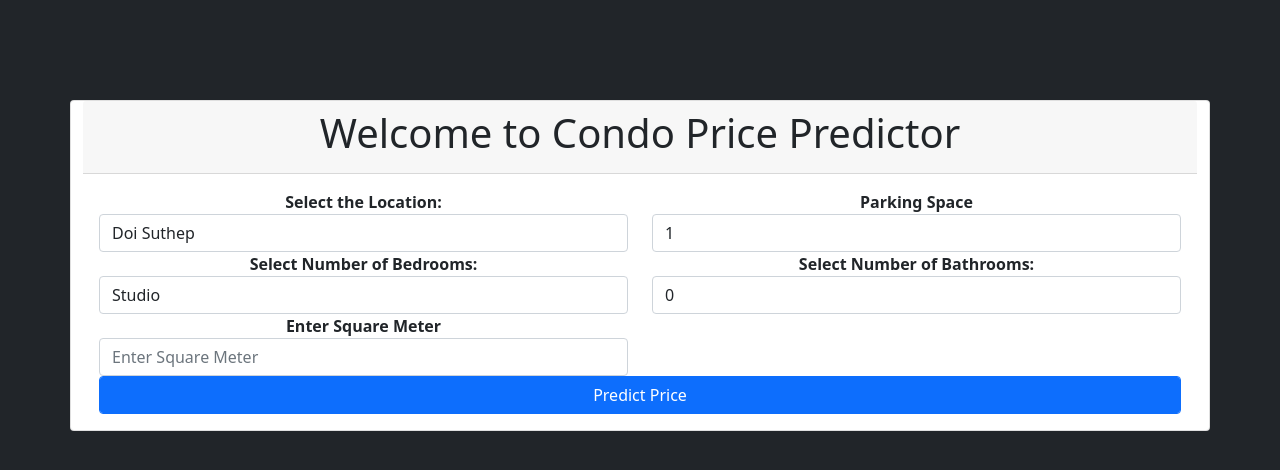
Repository: myothida/condoprice_CNX
Page: http://localhost/
These files come from the project's save history. The page is drawn as it stood at one moment and after the next save; the edit follows.
The browser window is 1280 px wide. The pictures show the whole page.
The page is served by the project's application, run on Flask 3 (main.py).

Above is the page before, as saved 2023-09-26 22:12:06.

### templates/index.html
<!DOCTYPE html>
<html lang="en">
  <head>
    <!-- Required meta tags -->
    <meta charset="utf-8" />
    <meta name="viewport" content="width=device-width, initial-scale=1" />

    <!-- Bootstrap CSS -->
    <link
      href="https://cdn.jsdelivr.net/npm/bootstrap@5.0.2/dist/css/bootstrap.min.css"
      rel="stylesheet"
      integrity="sha384-EVSTQN3/azprG1Anm3QDgpJLIm9Nao0Yz1ztcQTwFspd3yD65VohhpuuCOmLASjC"
      crossorigin="anonymous"
    />

    <title>Condo Price Predictor</title>
  </head>
  <body class="bg-dark">
    <div class="container">
      <div class="row">
        <div class="card" style="width: 100%; height: 100%; margin-top: 100px">
          <div class="card-header" style="text-align: center">
            <h1>Welcome to Condo Price Predictor</h1>
          </div>
          <div class="card-body">
            <form method="post" accept-charset="utf-8">
              <div class="row">
                <div class="col-md-6 form-group" style="text-align: center">
                  <label><b> Select the Location: </b> </label>
                  <select
                    class="selectpicker form-control"
                    id="location"
                    name="location"
                    require="1"
                  >
                    <option>Doi Suthep</option>
                    <option>Faham</option>
                    <option>Muang</option>
                    <option>Nimman</option>
                    <option>Chang phueak</option>
                  </select>
                </div>

                <div class="col-md-6 form-group" style="text-align: center">
                  <label><b> Parking Space </b> </label>
                  <select
                    class="selectpicker form-control"
                    id="parking"
                    name="parking"
                    require="1"
                  >
                    <option>1</option>
                    <option>2</option>
                    <option>3</option>
                  </select>
                </div>
                <div class="col-md-6 form-group" style="text-align: center">
                  <label><b> Select Number of Bedrooms: </b> </label>
                  <select
                    class="selectpicker form-control"
                    id="bedrooms"
                    name="bedrooms"
                  >
                    <option>Studio</option>
                    <option>1</option>
                    <option>2</option>
                    <option>3</option>
                  </select>
                </div>
                <div class="col-md-6 form-group" style="text-align: center">
                  <label><b> Select Number of Bathrooms: </b> </label>
                  <select
                    class="selectpicker form-control"
                    id="bathrooms"
                    name="bathrooms"
                  >
                    <option>0</option>
                    <option>1</option>
                    <option>2</option>
                    <option>3</option>
                  </select>
                </div>
                <div class="col-md-6 form-group" style="text-align: center">
                  <label><b> Enter Square Meter </b> </label>
                  <input
                    type="text"
                    class="form-control"
                    id="sqm"
                    name="sqm"
                    placeholder="Enter Square Meter"
                  />
                </div>
                <div class="col-md-12 form-group">
                  <button
                    class="btn btn-primary form-control"
                    onclick="send_data()"
                  >
                    Predict Price
                  </button>
                </div>
              </div>
            </form>
          </div>
        </div>
      </div>
    </div>
  </body>
</html>

<!-- Option 2: Separate Popper and Bootstrap JS -->

<script
  src="https://cdn.jsdelivr.net/npm/@popperjs/core@2.9.2/dist/umd/popper.min.js"
  integrity="sha384-IQsoLXl5PILFhosVNubq5LC7Qb9DXgDA9i+tQ8Zj3iwWAwPtgFTxbJ8NT4GN1R8p"
  crossorigin="anonymous"
></script>
<script
  src="https://cdn.jsdelivr.net/npm/bootstrap@5.0.2/dist/js/bootstrap.min.js"
  integrity="sha384-cVKIPhGWiC2Al4u+LWgxfKTRIcfu0JTxR+EQDz/bgldoEyl4H0zUF0QKbrJ0EcQF"
  crossorigin="anonymous"
></script>

### main.py
from flask import Flask, render_template, request

app = Flask(__name__)


@app.route('/')
def index():
    return render_template('index.html')


if __name__ == "__main__":
    app.run(debug=True, port=5001)

After the next save:
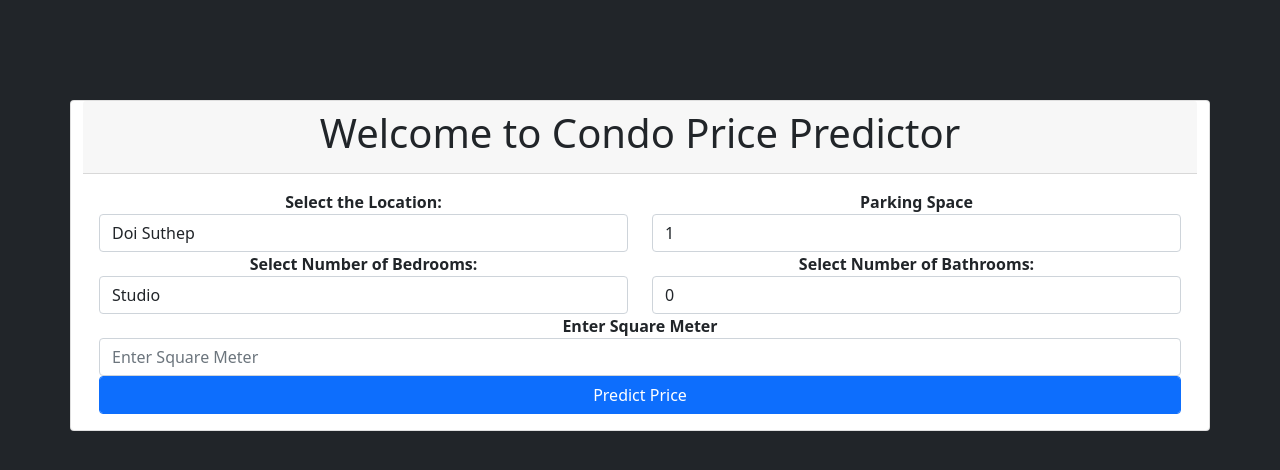
Saved 17 s later.
--- a/templates/index.html
+++ b/templates/index.html
@@ -80,7 +80,7 @@
                     <option>3</option>
                   </select>
                 </div>
-                <div class="col-md-6 form-group" style="text-align: center">
+                <div class="col-md-12 form-group" style="text-align: center">
                   <label><b> Enter Square Meter </b> </label>
                   <input
                     type="text"

After the save that followed:
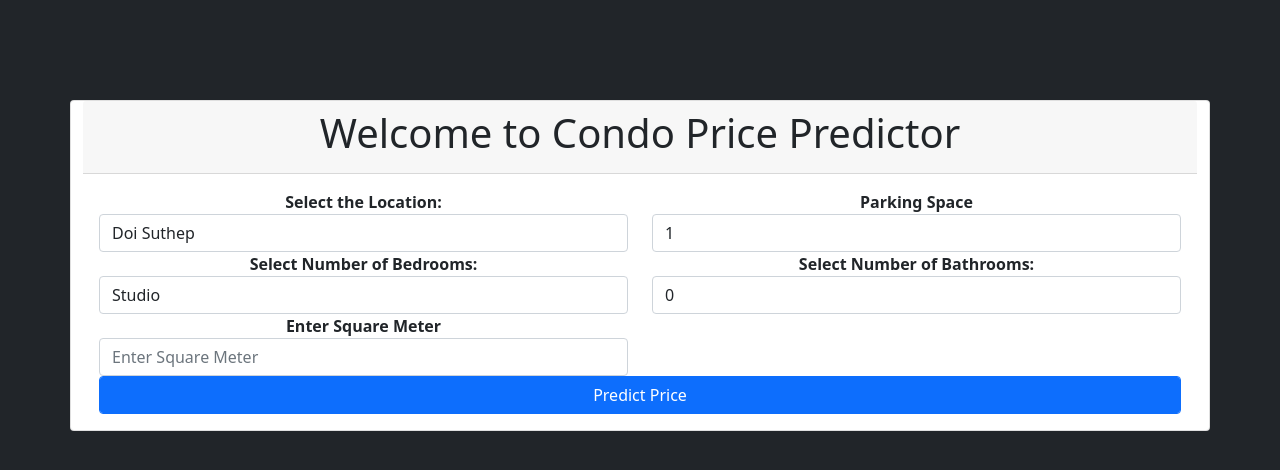
Saved 6 s later.
--- a/templates/index.html
+++ b/templates/index.html
@@ -80,7 +80,7 @@
                     <option>3</option>
                   </select>
                 </div>
-                <div class="col-md-12 form-group" style="text-align: center">
+                <div class="col-md-6 form-group" style="text-align: center">
                   <label><b> Enter Square Meter </b> </label>
                   <input
                     type="text"
